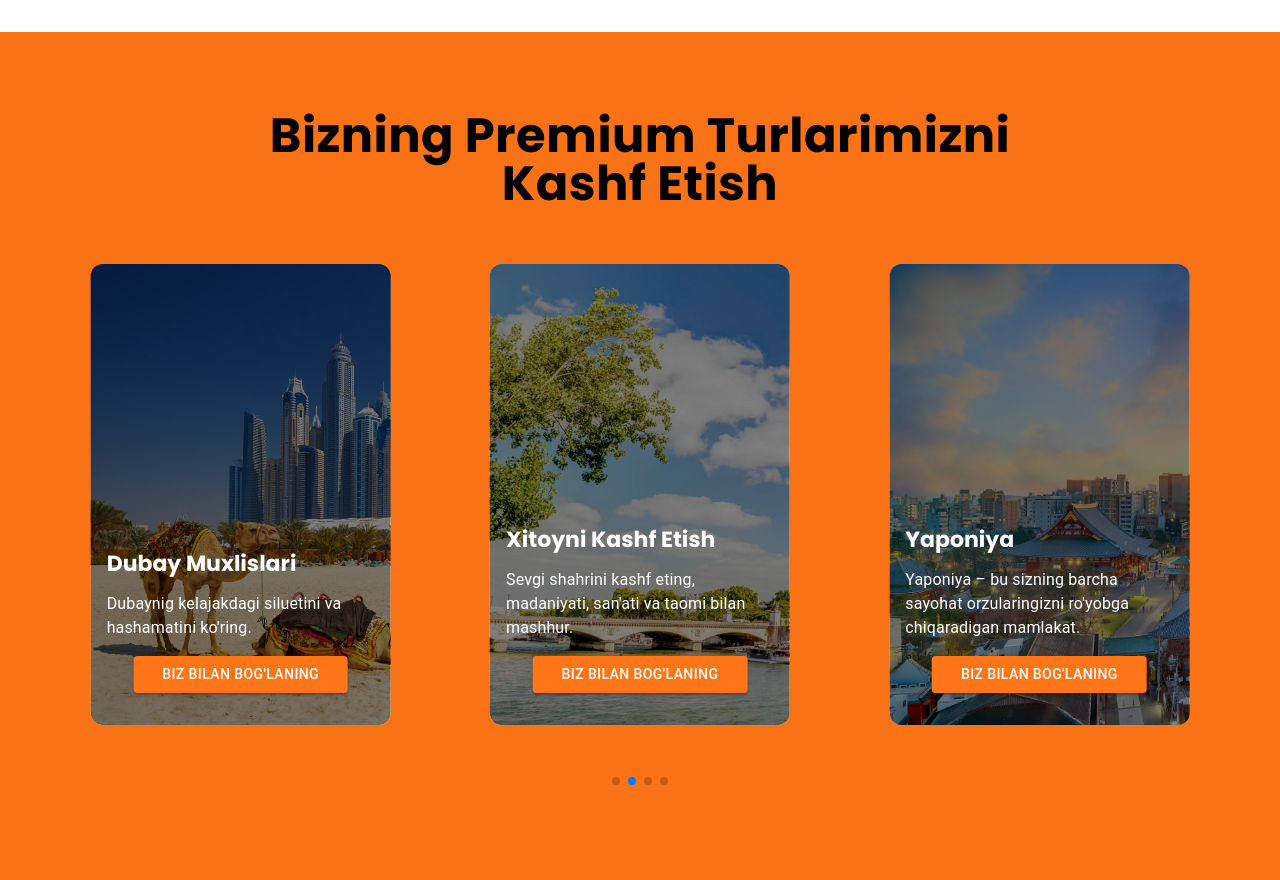
Repository: OgabekErkinov/i-am-tourist
Page: /
The author's editor kept a copy of each file at every save. The page is drawn from the files as they stood at one save, then again after the next save.
The browser window is 1280 px wide. The pictures show the whole page.
The project was rebuilt for these pictures with package versions that can differ from the ones it lists, and the page was loaded fresh each time. Also part of the build but not shown: vite.config.js, src/components/navbar/LightDarkButton.jsx, src/I18/i18.js, src/components/navbar/languages/LanguageButton.jsx, src/components/navbar/NavbarItem.jsx, src/components/navbar/SocialNetworks.jsx, src/components/navbar/Logo.jsx, src/components/navbar/SectionsLinks.jsx and 7 more.

Above is the page before, as saved 2024-12-24 16:03:20.

### index.html
<!doctype html>
<html lang="en">
  <head>
    <meta charset="UTF-8" />
    <link rel="icon" type="image/svg+xml" href="https://www.ifly.com.uz/assets/logo-BPA5zOgc.png" />
    <meta name="viewport" content="width=device-width, initial-scale=1.0" />
    <link rel="preconnect" href="https://fonts.googleapis.com">
    <link rel="preconnect" href="https://fonts.gstatic.com" crossorigin>
    <link href="https://fonts.googleapis.com/css2?family=Poppins:ital,wght@0,100;0,200;0,300;0,400;0,500;0,600;0,700;0,800;0,900;1,100;1,200;1,300;1,400;1,500;1,600;1,700;1,800;1,900&display=swap" rel="stylesheet">
    <title>iFLY.com</title>
  </head>
  <body>
    <div id="root"></div>
    <script type="module" src="/src/main.jsx"></script>
  </body>
</html>

### src/index.css
/* Universal Reset */
* {
  margin: 0;
  padding: 0;
  box-sizing: border-box;
}


/* Root Container */
#root {
  max-width: 1900px;
  margin: 0 auto;
  display: flex;
  flex-direction: column;
  align-items: center;
  justify-content: center;
  font-family: 'Poppins';
  box-sizing: border-box;
}

### src/App.jsx
import { Stack } from "@mui/material"
import Header from "./components/header/Header"
import Main from "./components/main/Main"

function App() {


  return (
    <Stack width='100%'
           height='auto'
           alignItems='center'
           gap='1rem'>
        <Header/>
        <Main/>
    </Stack>



  )
}

export default App

### src/components/header/Header.jsx
import { Box, Stack } from '@mui/material';
import Navbar from '../navbar/Navbar';
import Slider from './Slider';
import React from 'react';
import Cards from '../cards/Cards';

const Header = () => {
  return (
    <Stack height="auto"
           width='100%'
           gap="2rem"
           marginBottom='1rem'
           boxSizing="border-box">
             <Stack width="100%"
                    height="auto"
                    alignItems='center'>
                         {/* <Box width="100%"
                              height="10vh"
                              bgcolor="transparent">
                        </Box> */}
                        {/* <Navbar /> */}
                        {/* <Slider /> */}
               </Stack>
               {/* <Cards /> */}
    </Stack>
  );
}

export default Header;

### src/components/main/Main.jsx
import { Stack } from '@mui/material'
import React from 'react'
import PremiumTours from '../premium/PremiumTours'
import TourPlaces from '../tourPlaces/TourPlaces'
import About from '../about/About'

const Main = () => {
  return (
    <Stack width={'100%'}
           height={'auto'}
           alignItems={'center'}
           gap='1rem'>
        <PremiumTours/>
        {/* <TourPlaces/> */}
        {/* <About/> */}

    </Stack>
  )
}

export default Main

### src/components/premium/PremiumTours.jsx
import React from 'react';
import { Stack, Typography, Box } from '@mui/material';
import 'swiper/css';
import 'swiper/css/effect-fade';
import 'swiper/css/pagination';
import 'swiper/css/autoplay';
import { Swiper, SwiperSlide } from 'swiper/react';
import { Navigation, Pagination, Scrollbar, Autoplay } from 'swiper/modules';
import { premiumToursServices } from '../../Database/db';
import PremiumItem from './PremiumItem';

const PremiumTours = () => {

  return (
    <Stack height={'auto'}
           width={'100%'}
           padding={'5rem 2rem'}
           bgcolor={'#F97316'}
           boxSizing={'border-box'} >
          <Stack height={'100%'}
                 width={'100%'}
                 justifyContent={'space-between'}
                 alignItems={'center'}
                 gap={'2rem'}>
              {/* Title */}
                <Typography fontFamily={'Poppins'}
                            width={'70%'}
                            fontSize={'48px'}
                            lineHeight={'48px'}
                            fontWeight={'bold'}
                            textAlign={'center'}
                            height={'auto'}
                            sx={{
                              '@media (max-width: 900px)': {
                               fontSize: '36px',
                               lineHeight: '40px',
                                },
                              '@media (max-width: 600px)': {
                                fontSize: '24px',
                                lineHeight: '28px',
                                },
                               }}>
                               Bizning Premium Turlarimizni Kashf Etish
                 </Typography>
            {/* Slider */}
                 <Box display={'flex'}
                      alignItems={'center'}
                      justifyContent={'center'}
                      height={'35rem'}
                      width={'100%'}>
                      <Swiper
                          modules={[Navigation, Pagination, Scrollbar, Autoplay]}
                          autoplay={{ delay: 2500, disableOnInteraction: false }}
                          navigation
                          pagination={{ clickable: false }}
                          scrollbar={{ draggable: true }}
                          loop={true}
                          style={{
                               width: '100%',
                               height: '100%',
                               padding : '1.5rem',
                               display : 'flex',
                               justifyContent : 'center',
                               alignItems : 'center' }}
                          breakpoints={{
                               524: {
                                  slidesPerView: 1,
                                  spaceBetween: 10 },
                               765: {
                                  slidesPerView: 2,
                                  spaceBetween: 20 },
                              1200: {
                                  slidesPerView: 3,
                                  spaceBetween: 30 } }}>
                          {
                           premiumToursServices?.map((tour, idx) => {
                                  return (
                                         <SwiperSlide key={idx}>
                                                 <PremiumItem tour={tour} />
                                           </SwiperSlide>
                                          );  })
                           }
                       </Swiper>
                  </Box>
            </Stack>
    </Stack>
  );
};

export default PremiumTours;

### src/Database/db.js
export const social_medias = [
    {
        id : 1,
        name : 'facebook',
        link : 'https://www.facebook.com',
        pathD : 'M279.14 288l14.22-92.66h-88.91v-60.13c0-25.35 12.42-50.06 52.24-50.06h40.42V6.26S260.43 0 225.36 0c-73.22 0-121.08 44.38-121.08 124.72v70.62H22.89V288h81.39v224h100.17V288z'
    },
    {
        id : 2,
        name : 'twitter',
        url : 'https://www.twitter.com',
        pathD : 'M419.37 151.716c.325 4.548.325 9.097.325 13.645 0 138.72-105.583 298.558-298.558 298.558-59.452 0-114.68-17.219-161.137-47.106 8.447.974 16.568 1.299 25.34 1.299 49.055 0 94.213-16.568 130.274-44.832-46.132-.975-84.792-31.188-98.112-72.772 6.498.974 12.995 1.624 19.818 1.624 9.421 0 18.843-1.3 27.614-3.573-48.081-9.747-84.143-51.98-84.143-102.985v-1.299c13.969 7.797 30.214 12.67 47.431 13.319-28.264-18.843-46.781-51.005-46.781-87.391 0-19.492 5.197-37.36 14.294-52.954 51.655 63.675 129.3 105.258 216.365 109.807-1.624-7.797-2.599-15.918-2.599-24.04 0-57.828 46.782-104.934 104.934-104.934 30.213 0 57.502 12.67 76.67 33.137 23.715-4.548 46.456-13.32 66.599-25.34-7.798 24.366-24.366 44.833-46.132 57.827 21.117-2.273 41.584-8.122 60.426-16.243-14.292 20.791-32.161 39.308-52.628 54.253z'
    },
    {
        id : 3,
        name : 'instagram',
        url : 'https://www.instagram.com/ifly.com.uz',
        pathD : 'M224.1 141c-63.6 0-114.9 51.3-114.9 114.9s51.3 114.9 114.9 114.9S339 319.5 339 255.9 287.7 141 224.1 141zm0 189.6c-41.1 0-74.7-33.5-74.7-74.7s33.5-74.7 74.7-74.7 74.7 33.5 74.7 74.7-33.6 74.7-74.7 74.7zm146.4-194.3c0 14.9-12 26.8-26.8 26.8-14.9 0-26.8-12-26.8-26.8s12-26.8 26.8-26.8 26.8 12 26.8 26.8zm76.1 27.2c-1.7-35.9-9.9-67.7-36.2-93.9-26.2-26.2-58-34.4-93.9-36.2-37-2.1-147.9-2.1-184.9 0-35.8 1.7-67.6 9.9-93.9 36.1s-34.4 58-36.2 93.9c-2.1 37-2.1 147.9 0 184.9 1.7 35.9 9.9 67.7 36.2 93.9s58 34.4 93.9 36.2c37 2.1 147.9 2.1 184.9 0 35.9-1.7 67.7-9.9 93.9-36.2 26.2-26.2 34.4-58 36.2-93.9 2.1-37 2.1-147.8 0-184.8zM398.8 388c-7.8 19.6-22.9 34.7-42.6 42.6-29.5 11.7-99.5 9-132.1 9s-102.7 2.6-132.1-9c-19.6-7.8-34.7-22.9-42.6-42.6-11.7-29.5-9-99.5-9-132.1s-2.6-102.7 9-132.1c7.8-19.6 22.9-34.7 42.6-42.6 29.5-11.7 99.5-9 132.1-9s102.7-2.6 132.1 9c19.6 7.8 34.7 22.9 42.6 42.6 11.7 29.5 9 99.5 9 132.1s2.7 102.7-9 132.1z'
    },
    {
        id : 4,
        name : 'linkedIn',
        url : 'https://www.linkedin.com',
        pathD : 'M100.28 448H7.4V148.9h92.88zM53.79 108.1C24.09 108.1 0 83.5 0 53.8a53.79 53.79 0 0 1 107.58 0c0 29.7-24.1 54.3-53.79 54.3zM447.9 448h-92.68V302.4c0-34.7-.7-79.2-48.29-79.2-48.29 0-55.69 37.7-55.69 76.7V448h-92.78V148.9h89.08v40.8h1.3c12.4-23.5 42.69-48.3 87.88-48.3 94 0 111.28 61.9 111.28 142.3V448z'
    },
    {
        id : 5,
        name : 'youtube',
        url : 'https://www.youtube.com',
        pathD : 'M549.655 124.083c-6.281-23.65-24.787-42.276-48.284-48.597C458.781 64 288 64 288 64S117.22 64 74.629 75.486c-23.497 6.322-42.003 24.947-48.284 48.597-11.412 42.867-11.412 132.305-11.412 132.305s0 89.438 11.412 132.305c6.281 23.65 24.787 41.5 48.284 47.821C117.22 448 288 448 288 448s170.78 0 213.371-11.486c23.497-6.321 42.003-24.171 48.284-47.821 11.412-42.867 11.412-132.305 11.412-132.305s0-89.438-11.412-132.305zm-317.51 213.508V175.185l142.739 81.205-142.739 81.201z'
    }
]

export const navLinks = [
    {
        id : 6,
        name : 'Excursions',
        link : '#excursions'
    },
    {
        id : 7,
        name : 'City',
        link : '#city'
    },
    {
        id : 8,
        name : 'About',
        link : '#about'
    },
    {
        id : 9,
        name : 'Contact',
        link : '#contact'
    }
]

export const SliderItems = [
    {
        url : '/malakali.jpg',
        heading : 'Malakali shahar',
        paragraph : "Dunyoning ko'ngilochar poytaxtiga sho'ng'ing."
    },
    {
        url : '/turkiya.jpg',
        heading : 'Sehrli Turkiya',
        paragraph : "Turkiyaning boy tarixi va ajoyib manzaralarini o'rganing."
    },
    {
        url : '/orol.jpg',
        heading : 'Orol chekinishi',
        paragraph : 'Ajoyib orol landshaftlari orasida tinchlikni his eting.'
    },
    {
        url : '/yaponiya.jpg',
        heading : 'Yaponiya',
        paragraph : "Zamonaviy hayot va qadimiy an'analar mamlakati"
    },
    {
        url : '/dubai.jpg',
        heading : "Dubayni kashf eting",
        paragraph : "Birlashgan Arab Amirliklarida hashamat, innovatsiyalar va sarguzashtlarni kashf eting."

    },
    {
        url : '/xitoyni.jpg',
        heading : 'Xitoyni kashf qiling',
        paragraph : "Xitoy: qadimgi tarix, Buyuk devor, innovatsiyalar, jonli madaniyat."
    },
    {
        url : '/tailand.jpg',
        heading : 'Tropik Tailand',
        paragraph : "Chiroyli plyajlarda dam oling va mazali taomlarni tatib ko'ring."
    }
]

export const addBanners = [
    {
        heading : 'Ajoyib plyaj',
        paragraph : 'Zamonaviy plyajlarni kashf eting va quyosh ostida dam oling.'
    },
    {
        heading : "Tog' sarguzashtlari",
        paragraph : "Qiziqarli tog' sayohatiga chiqing va tabiatni o'rganing."
    },
    {
        heading : 'Shahar sayohatlari',
        paragraph : "Qiziqarli tog' sayohatiga chiqing va tabiatni o'rganing."
    }
]

export const languages = [
    {
        lang : "o'zbek",
        flag : '/uzbekistan.png',
        translator : 'uz'
    },
    {
        lang : 'english',
        flag : '/united-states.png',
        translator : 'en'
    },
    {
        lang : 'русский',
        flag : '/russia.png',
        translator : 'ru'
    }
]

export const premiumToursServices = [
    {
        title : 'Tokio Sarguzashtlari',
        paragraph : "Yaponiya yuragida an'ana va texnologiyaning uyg'unligini his eting.",
        image : '/tokioprem.jpg'
    },
    {
        title : 'Dubay Muxlislari',
        paragraph : "Dubaynig kelajakdagi siluetini va hashamatini ko'ring.",
        image : '/dubaipremium.jpg'
    },
    {
        title : 'Xitoyni Kashf Etish',
        paragraph : "Sevgi shahrini kashf eting, madaniyati, san'ati va taomi bilan mashhur.",
        image : '/xitoyprem.jpg'
    },
    {
        title : 'Yaponiya',
        paragraph : "Yaponiya – bu sizning barcha sayohat orzularingizni ro'yobga chiqaradigan mamlakat.",
        image : '/xitoypremium.jpg'
    }
]

export const tourPlaces = [
    {
        image : '/yaponiya.jpg',
        title : 'Tokio, Yaponiya',
        paragraph : "Tokio Yaponiya poytaxti bo'lib, an'anaviy binolarni zamonaviy osmono'parlar bilan birlashtirish."
    },
    {
        image : '/orol.jpg',
        title : 'Orol joyi',
        paragraph : "Shahar shovqinidan uzoqda, tabiatning ajoyib go'zalligida dam oling."
    },
    {
        image : '/dubai.jpg',
        title : 'Dubay, BAA',
        paragraph : "Dubayning hargi skylinesi va hashamatini guvohi boling."
    },
    {
        image : '/vetnam.jpg',
        title : 'Vetnam sarguzashti',
        paragraph : "Vetnamning go'zalligiga kirib boring, rang- barang guruch teraslari va noyob madaniyat bilan tanishing!"
    },
    {
        image : '/maldiv.jpg',
        title : 'Maldivlar',
        paragraph : "Oq qumli plyajlar va toza suvlar bilan tropik jannatda dam oling. Hashamatli kurortlar va ajoyib suv osti dunyosidan zavq oling!"
    },
    {
        image : '/tailand.jpg',
        title : 'Tropik Tailand',
        paragraph : "Tailand chiroyli orollari, ko'chada oziq-ovqat va boy madaniyat merosi bilan mashhur."
    },
    {
        image : '/turkiya.jpg',
        title : "Mo'jizaviy Turkiya",
        paragraph : "Turkiyaning boy tarixini va go'zal manzaralarini kashf eting."
    }
]

export const services = [
    {
        pathD : 'M480 192H365.71L260.61 8.06A16.014 16.014 0 0 0 246.71 0h-65.5c-10.63 0-18.3 10.17-15.38 20.39L214.86 192H112l-43.2-57.6c-3.02-4.03-7.77-6.4-12.8-6.4H16.01C5.6 128-2.04 137.78.49 147.88L32 256 .49 364.12C-2.04 374.22 5.6 384 16.01 384H56c5.04 0 9.78-2.37 12.8-6.4L112 320h102.86l-49.03 171.6c-2.92 10.22 4.75 20.4 15.38 20.4h65.5c5.74 0 11.04-3.08 13.89-8.06L365.71 320H480c35.35 0 96-28.65 96-64s-60.65-64-96-64z',
        title : 'Xalqaro Sayohat',
        paragraph : "Dunyodagi eng go'zal joylarga sayohatlarni tashkil etamiz.",
        color : 'blue'
    },
    {
        icon : 'M560 64c8.84 0 16-7.16 16-16V16c0-8.84-7.16-16-16-16H16C7.16 0 0 7.16 0 16v32c0 8.84 7.16 16 16 16h15.98v384H16c-8.84 0-16 7.16-16 16v32c0 8.84 7.16 16 16 16h240v-80c0-8.8 7.2-16 16-16h32c8.8 0 16 7.2 16 16v80h240c8.84 0 16-7.16 16-16v-32c0-8.84-7.16-16-16-16h-16V64h16zm-304 44.8c0-6.4 6.4-12.8 12.8-12.8h38.4c6.4 0 12.8 6.4 12.8 12.8v38.4c0 6.4-6.4 12.8-12.8 12.8h-38.4c-6.4 0-12.8-6.4-12.8-12.8v-38.4zm0 96c0-6.4 6.4-12.8 12.8-12.8h38.4c6.4 0 12.8 6.4 12.8 12.8v38.4c0 6.4-6.4 12.8-12.8 12.8h-38.4c-6.4 0-12.8-6.4-12.8-12.8v-38.4zm-128-96c0-6.4 6.4-12.8 12.8-12.8h38.4c6.4 0 12.8 6.4 12.8 12.8v38.4c0 6.4-6.4 12.8-12.8 12.8h-38.4c-6.4 0-12.8-6.4-12.8-12.8v-38.4zM179.2 256h-38.4c-6.4 0-12.8-6.4-12.8-12.8v-38.4c0-6.4 6.4-12.8 12.8-12.8h38.4c6.4 0 12.8 6.4 12.8 12.8v38.4c0 6.4-6.4 12.8-12.8 12.8zM192 384c0-53.02 42.98-96 96-96s96 42.98 96 96H192zm256-140.8c0 6.4-6.4 12.8-12.8 12.8h-38.4c-6.4 0-12.8-6.4-12.8-12.8v-38.4c0-6.4 6.4-12.8 12.8-12.8h38.4c6.4 0 12.8 6.4 12.8 12.8v38.4zm0-96c0 6.4-6.4 12.8-12.8 12.8h-38.4c-6.4 0-12.8-6.4-12.8-12.8v-38.4c0-6.4 6.4-12.8 12.8-12.8h38.4c6.4 0 12.8 6.4 12.8 12.8v38.4z',
        title : 'Qulay Mehmonxonalar',
        paragraph : " Eng yaxshi va eng qulay mehmonxonalar bilan qoling.",
        color : 'green'
    },
    {
        icon : 'M416 320h-96c-17.6 0-32-14.4-32-32s14.4-32 32-32h96s96-107 96-160-43-96-96-96-96 43-96 96c0 25.5 22.2 63.4 45.3 96H320c-52.9 0-96 43.1-96 96s43.1 96 96 96h96c17.6 0 32 14.4 32 32s-14.4 32-32 32H185.5c-16 24.8-33.8 47.7-47.3 64H416c52.9 0 96-43.1 96-96s-43.1-96-96-96zm0-256c17.7 0 32 14.3 32 32s-14.3 32-32 32-32-14.3-32-32 14.3-32 32-32zM96 256c-53 0-96 43-96 96s96 160 96 160 96-107 96-160-43-96-96-96zm0 128c-17.7 0-32-14.3-32-32s14.3-32 32-32 32 14.3 32 32-14.3 32-32 32z',
        title : "Maxsus yo'nalishlar",
        paragraph : "Har bir mijoz uchun individual yo'nalishlarni yaratamiz.",
        color : 'orange'
    },
    {
        icon : 'M192 256c61.9 0 112-50.1 112-112S253.9 32 192 32 80 82.1 80 144s50.1 112 112 112zm76.8 32h-8.3c-20.8 10-43.9 16-68.5 16s-47.6-6-68.5-16h-8.3C51.6 288 0 339.6 0 403.2V432c0 26.5 21.5 48 48 48h288c26.5 0 48-21.5 48-48v-28.8c0-63.6-51.6-115.2-115.2-115.2zM480 256c53 0 96-43 96-96s-43-96-96-96-96 43-96 96 43 96 96 96zm48 32h-3.8c-13.9 4.8-28.6 8-44.2 8s-30.3-3.2-44.2-8H432c-20.4 0-39.2 5.9-55.7 15.4 24.4 26.3 39.7 61.2 39.7 99.8v38.4c0 2.2-.5 4.3-.6 6.4H592c26.5 0 48-21.5 48-48 0-61.9-50.1-112-112-112z',
        title : "Malakali yo'riqchilar",
        paragraph : " Har bir mijoz uchun individual yo'nalishlarni yaratamiz.",
        color : 'violet'
    }

]

### src/components/premium/PremiumItem.jsx
import { Box, Button, Stack, Typography } from '@mui/material';
import React from 'react';

const PremiumItem = ({ tour }) => {
  return (
    <Box height="90%"
         display="flex"
         justifyContent="center"
         alignItems="center"
         borderRadius="12px"
         overflow="hidden"
         position="relative"
         sx={{
             transition : '0.3s',
             backgroundImage: `url(${tour?.image})`,
             backgroundSize: 'cover',
             '@media(min-width : 300px)' : {
                         width : '300px',
                         marginX : 'auto'  },
             '@media(min-width : 524px)' : {
                         width : '300px' },
              '&:hover' : {
                transform : 'scale(1.1)',
                transition : '0.3s',
              } }} >
         <Stack height="100%"
                width="100%"
                padding="2rem 0"
                boxSizing="border-box"
                borderRadius="12px"
                alignItems="center"
                bgcolor="rgba(0, 0, 0, 0.5)"
                position="absolute"
                zIndex={1}
                sx={{
                  '@media(min-width : 300px)' : {
                         justifyContent : 'center',
                         alignItems : 'center',
                         paddingX : '1rem',
                         gap : '1rem' },
                  '@media(min-width : 524px)' : {
                         justifyContent : 'flex-end',
                         alignItems : 'start' } }} >
                 <Typography variant="h3"
                             sx={{
                               fontWeight: 'bold',
                               fontFamily: 'Poppins',
                               color: 'white',
                               textAlign: 'start',
                               paddingRight: '10px',
                               margin: 0,
                               width: 'auto',
                              '@media (min-width: 300px)': {
                                      fontSize: '18px'  },
                              '@media (min-width : 524px)' : {
                                      fontSize : '22px'  }  }}  >
                               {tour.title}
                  </Typography>
                  <Typography width="auto"
                              sx={{
                                color: 'white',
                                textAlign: 'start',
                               '@media (min-width: 300px)': {
                                        fontSize: '12px',
                                        height : 'auto',
                                        textAlign : 'center' },
                                '@media (min-width : 524px)' : {
                                        fontSize : '16px',
                                        textAlign : 'start' } }}>
                                        {tour.paragraph}
                   </Typography>
                   <Button variant="contained"
                           sx={{
                              color: 'white',
                              backgroundColor: '#FF7518',
                              width : '80%',
                              margin : '0 auto' }}>
                           Biz bilan bog'laning
                  </Button>
      </Stack>
    </Box>
  );
};

export default PremiumItem;

Loaded but not shown: src/main.jsx (common file)

After the next save:
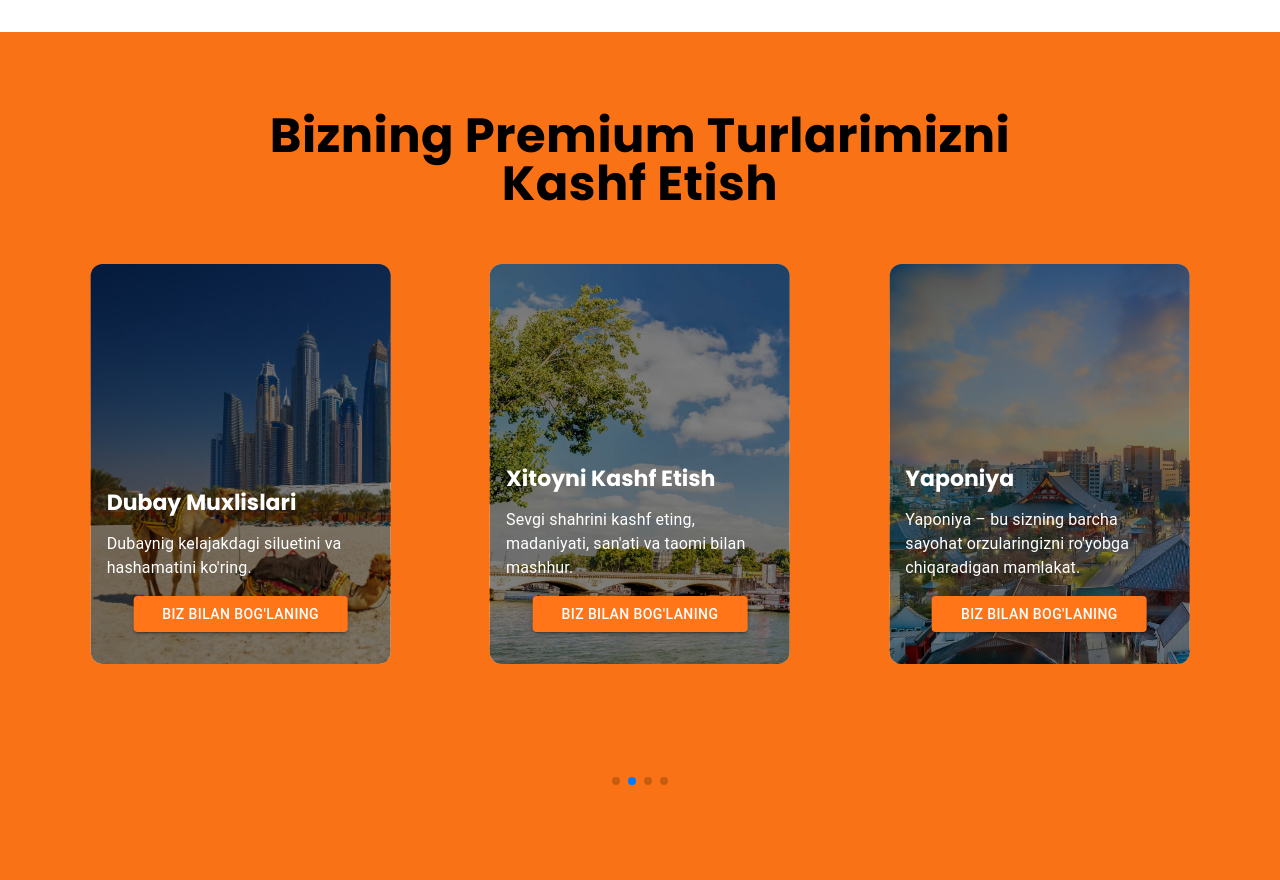
Saved 24 s later.
--- a/src/components/premium/PremiumItem.jsx
+++ b/src/components/premium/PremiumItem.jsx
@@ -3,7 +3,7 @@ import React from 'react';
 
 const PremiumItem = ({ tour }) => {
   return (
-    <Box height="90%"
+    <Box height="25rem"
          display="flex"
          justifyContent="center"
          alignItems="center"
